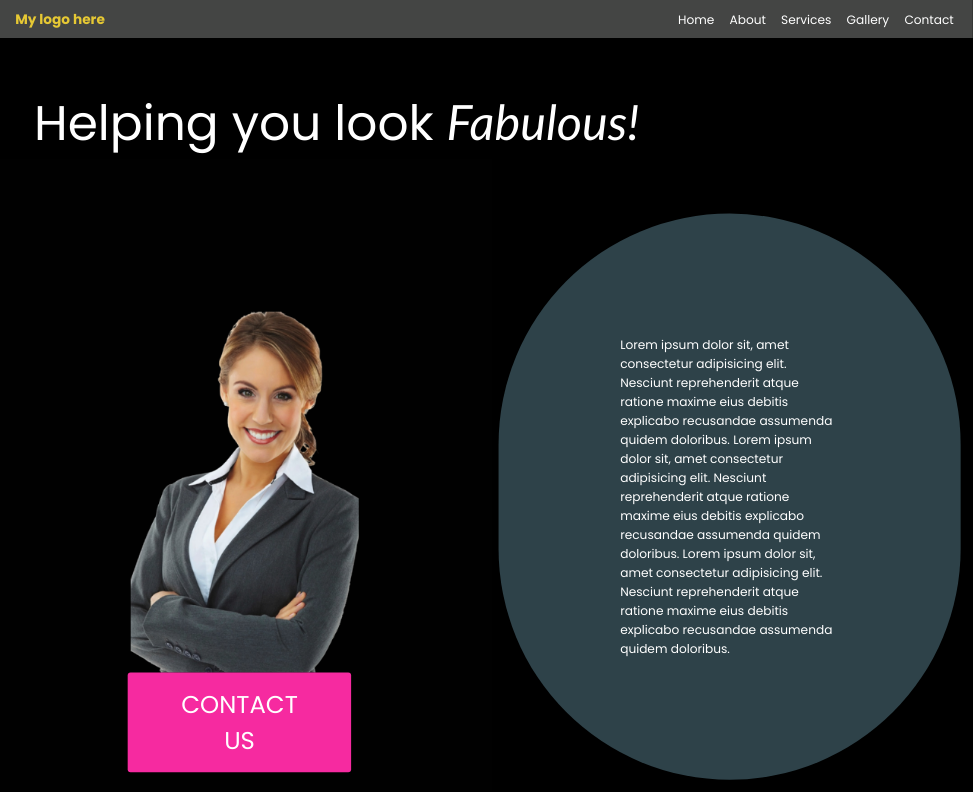
Repository: buzzedison/gardens
Page: index.html
An editor plug-in stored every save of this project. The page is shown before and after the next save, followed by the edit.
The browser window is 1280 px wide. The pictures show the whole page, at 76% of full size.

Above is the page before, as saved 2022-01-12 20:25:33.

After the next save:
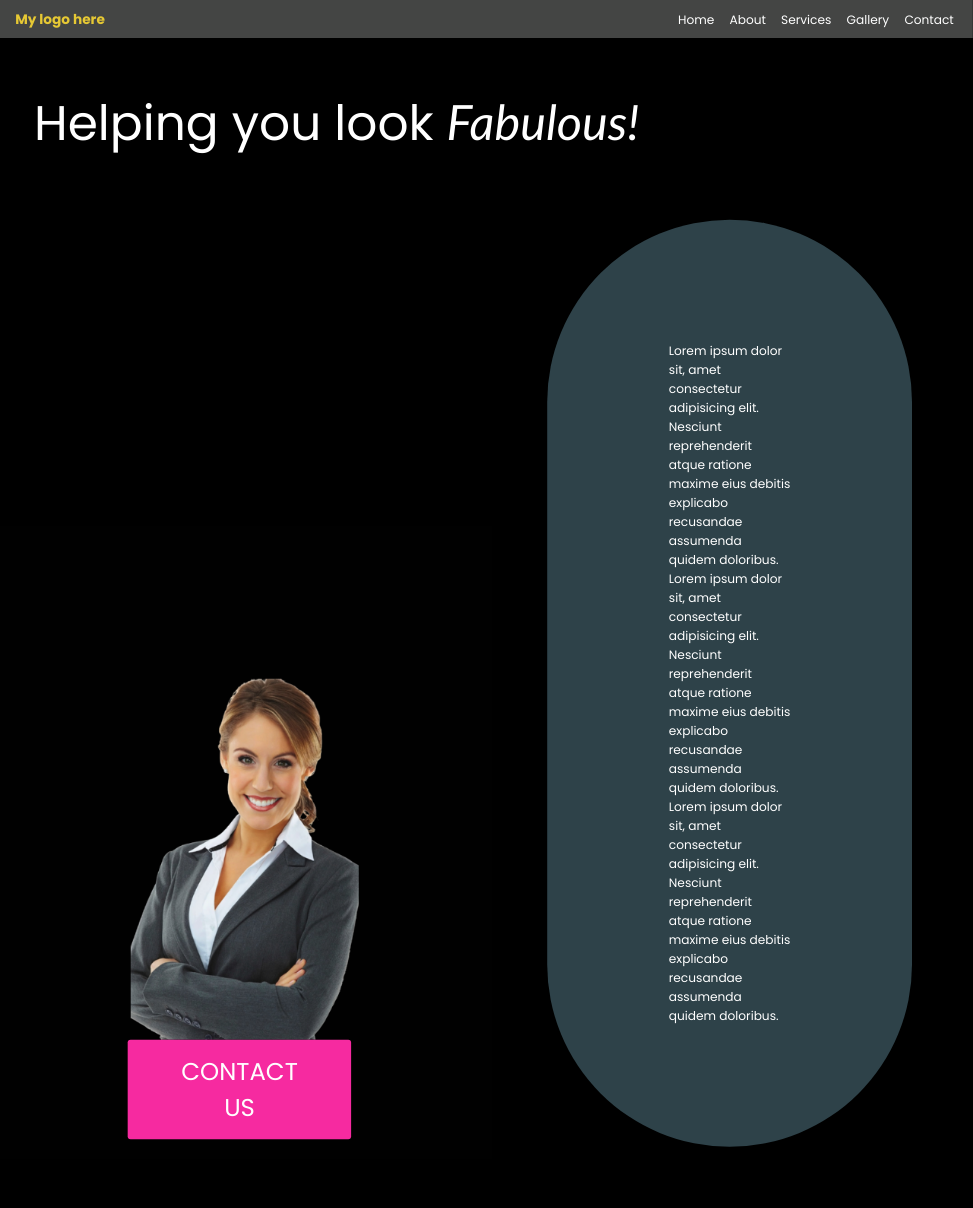
Saved 30 s later.
--- a/css/styles.css
+++ b/css/styles.css
@@ -172,6 +172,7 @@ ul li:hover {
 
 .gridb{
   align-self: end;
+  margin:4em;
 }
 
 
